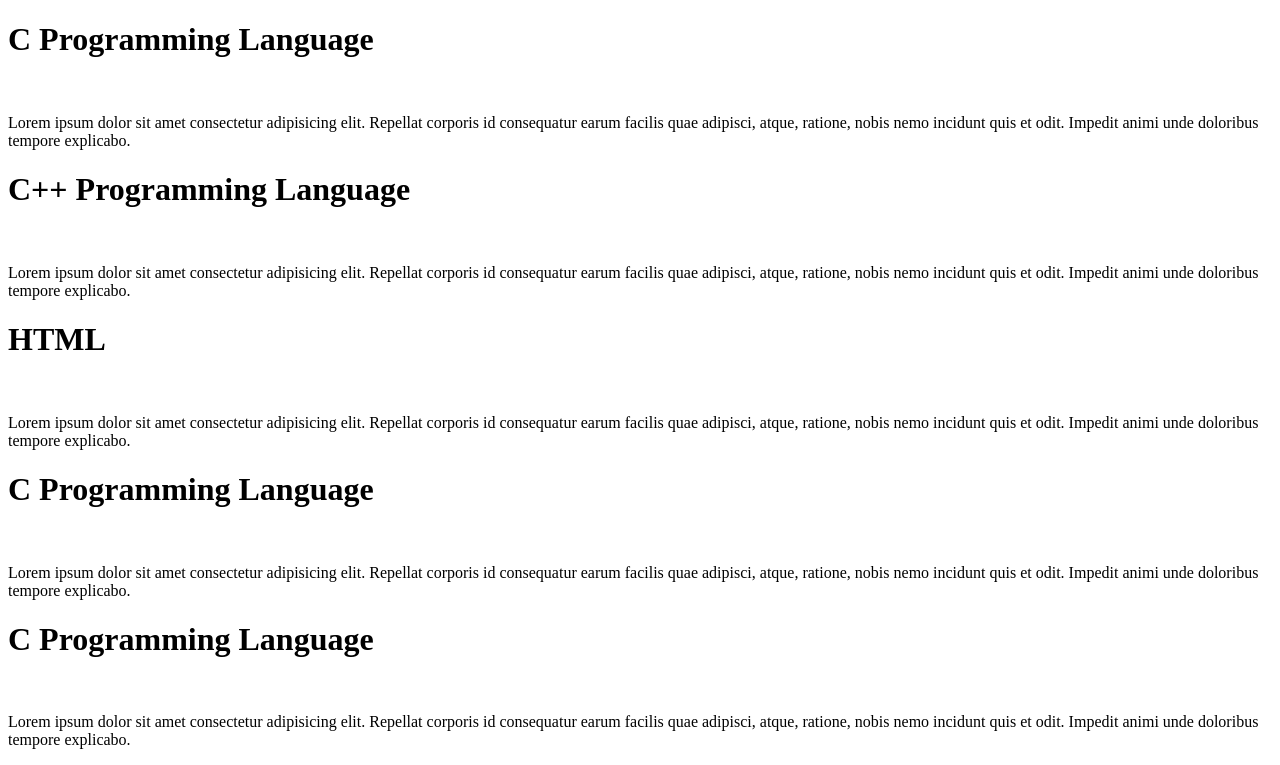
Repository: SharonSebastian32/programming_languages-tools
Page: index.htm
These files come from the project's save history. The page is drawn as it stood at one moment and after the next save; the edit follows.
The browser window is 1280 px wide. The pictures show the whole page.

Above is the page before, as saved 2024-08-24 21:53:55.

### index.htm
<!DOCTYPE html>
<html lang="en">
  <head>
    <meta charset="UTF-8" />
    <meta name="viewport" content="width=h, initial-scale=1.0" />
    <title>Document</title>
  </head>
  <body>
    <h1>C Programming Language</h1>
    <img src="" alt="" />
    <p>
      Lorem ipsum dolor sit amet consectetur adipisicing elit. Repellat corporis
      id consequatur earum facilis quae adipisci, atque, ratione, nobis nemo
      incidunt quis et odit. Impedit animi unde doloribus tempore explicabo.
    </p>
    <h1>C++ Programming Language</h1>
    <img src="" alt="" />
    <p>
      Lorem ipsum dolor sit amet consectetur adipisicing elit. Repellat corporis
      id consequatur earum facilis quae adipisci, atque, ratione, nobis nemo
      incidunt quis et odit. Impedit animi unde doloribus tempore explicabo.
    </p>
    <h1>HTML</h1>
    <img src="" alt="" />
    <p>
      Lorem ipsum dolor sit amet consectetur adipisicing elit. Repellat corporis
      id consequatur earum facilis quae adipisci, atque, ratione, nobis nemo
      incidunt quis et odit. Impedit animi unde doloribus tempore explicabo.
    </p>
    <h1>C Programming Language</h1>
    <img src="" alt="" />
    <p>
      Lorem ipsum dolor sit amet consectetur adipisicing elit. Repellat corporis
      id consequatur earum facilis quae adipisci, atque, ratione, nobis nemo
      incidunt quis et odit. Impedit animi unde doloribus tempore explicabo.
    </p>
    <h1>C Programming Language</h1>
    <img src="" alt="" />
    <p>
      Lorem ipsum dolor sit amet consectetur adipisicing elit. Repellat corporis
      id consequatur earum facilis quae adipisci, atque, ratione, nobis nemo
      incidunt quis et odit. Impedit animi unde doloribus tempore explicabo.
    </p>
  </body>
</html>

After the next save:
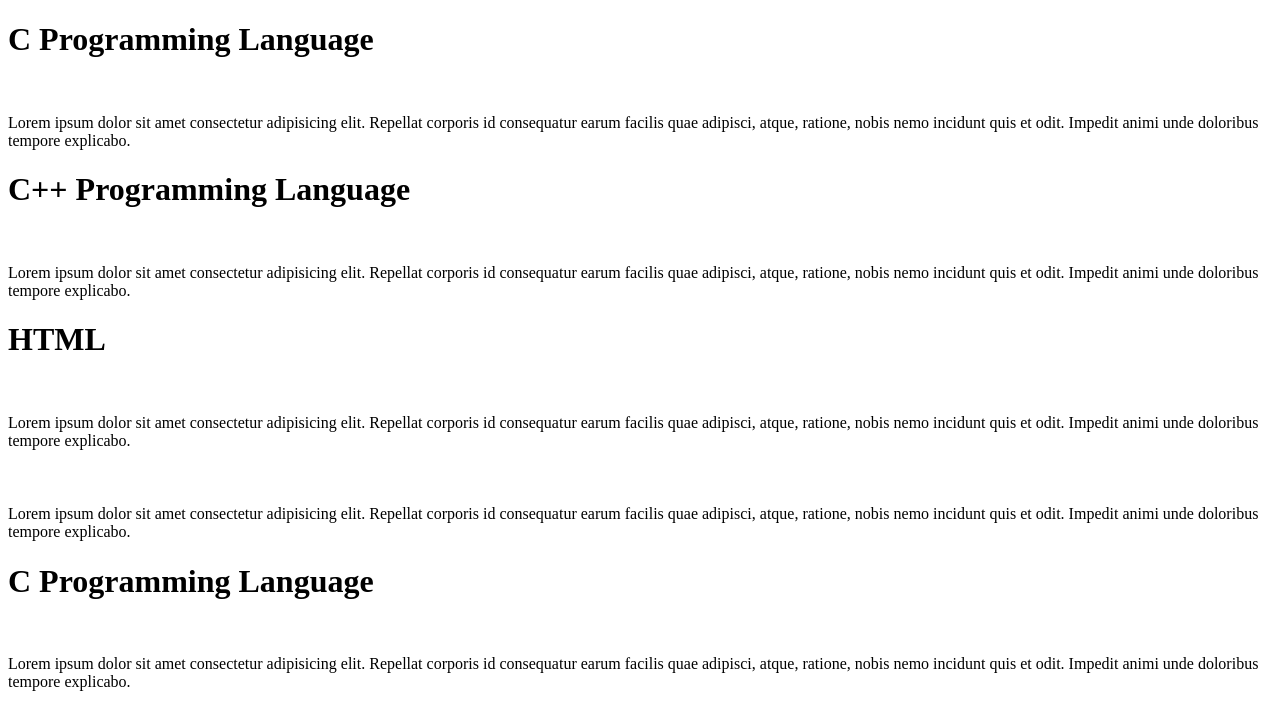
Saved 4 s later.
--- a/index.htm
+++ b/index.htm
@@ -27,7 +27,7 @@
       id consequatur earum facilis quae adipisci, atque, ratione, nobis nemo
       incidunt quis et odit. Impedit animi unde doloribus tempore explicabo.
     </p>
-    <h1>C Programming Language</h1>
+    <h1></h1>
     <img src="" alt="" />
     <p>
       Lorem ipsum dolor sit amet consectetur adipisicing elit. Repellat corporis
